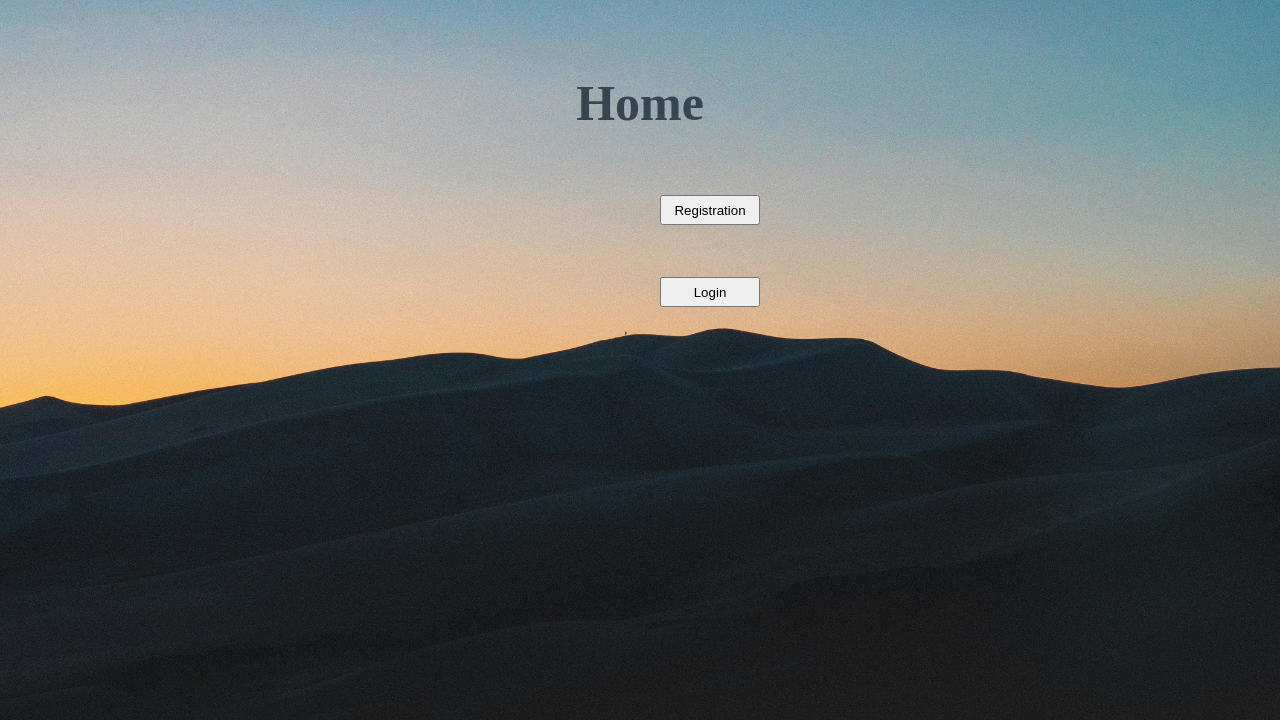
Repository: aboli-vyas/Servlet_Projects
Page: http://localhost/Sevlet_Project/
The author's editor kept a copy of each file at every save. The page is drawn from the files as they stood at one save, then again after the next save.
The browser window is 1280 px wide. The pictures show the whole page.
The page is served by Tomcat 9.

Above is the page before, as saved 2025-06-09 16:02:34.

After the next save:
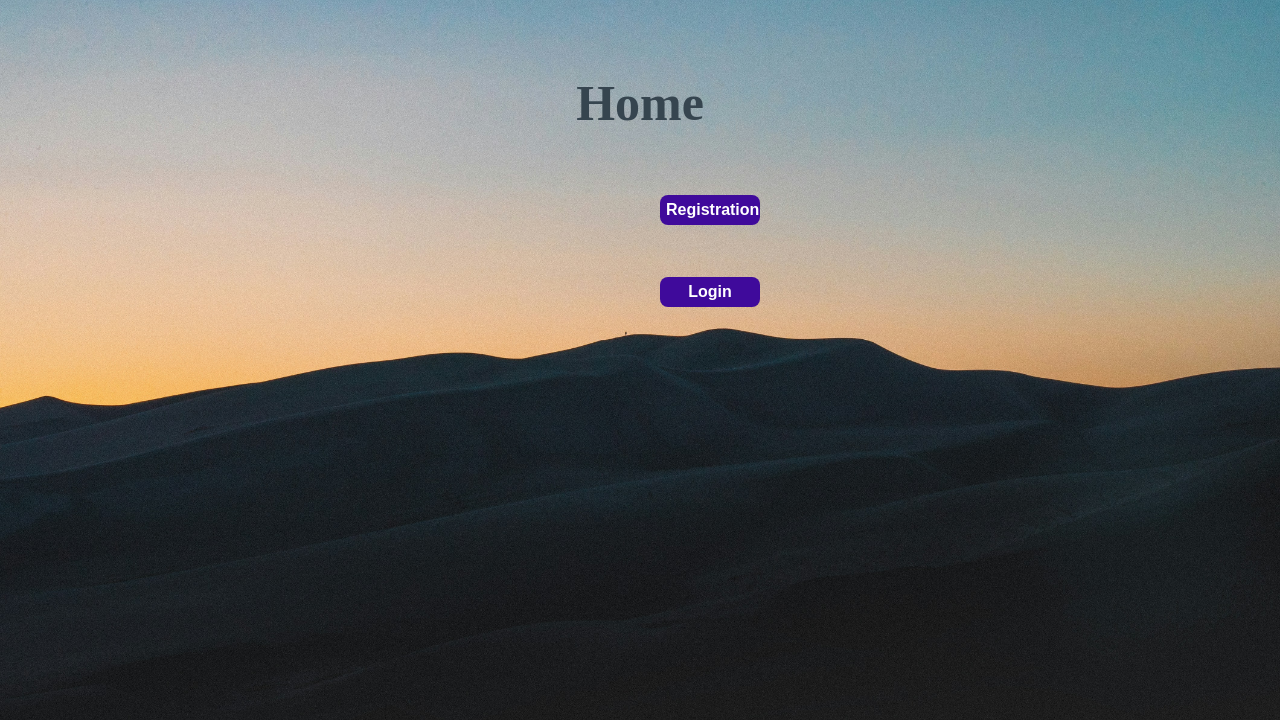
Saved 64 s later.
--- a/Sevlet_Project/src/main/webapp/style3.css
+++ b/Sevlet_Project/src/main/webapp/style3.css
@@ -20,5 +20,12 @@ button{
 	height: 30px;
 	margin-top: 30px;
 	margin-left: 620px;
-
+	background: #3f0a9b ;
+    color: white;
+    border: none;
+    font-size: 16px;
+    font-weight: bold;
+    border-radius: 8px;
+    cursor: pointer;
+    transition: background 0.3s;
 }
